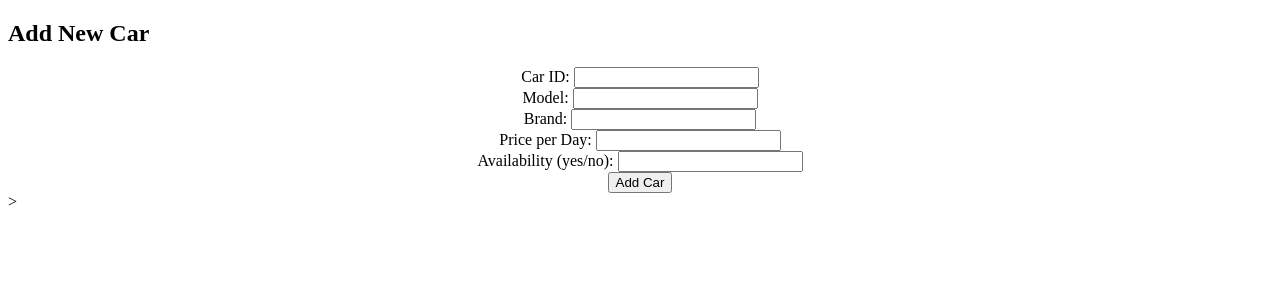
Repository: NirmalyaSatapathy/NirmalyaSatapathyProjects
Page: CarRental/CarRental/src/main/webapp/addCar.html
The author's editor kept a copy of each file at every save. The page is drawn from the files as they stood at one save, then again after the next save.
The browser window is 1280 px wide. The pictures show the whole page.

Above is the page before, as saved 2025-05-04 06:59:41.

### CarRental/CarRental/src/main/webapp/addCar.html
<!DOCTYPE html>
<html>
<head>
<meta charset="UTF-8">
<title>Insert title here</title>
</head>
<body>
<h2>Add New Car</h2>
	<center>
    <form action="AddCarServlet" method="post">
        Car ID: <input type="number" name="carId" required><br>
        Model: <input type="text" name="model" required><br>
        Brand: <input type="text" name="brand" required><br>
        Price per Day: <input type="number" name="price" required><br>
        Availability (yes/no): <input type="text" name="availability" required><br>
        <input type="submit" value="Add Car">
    </form>
    </center>>
</body>
</html>

After the next save:
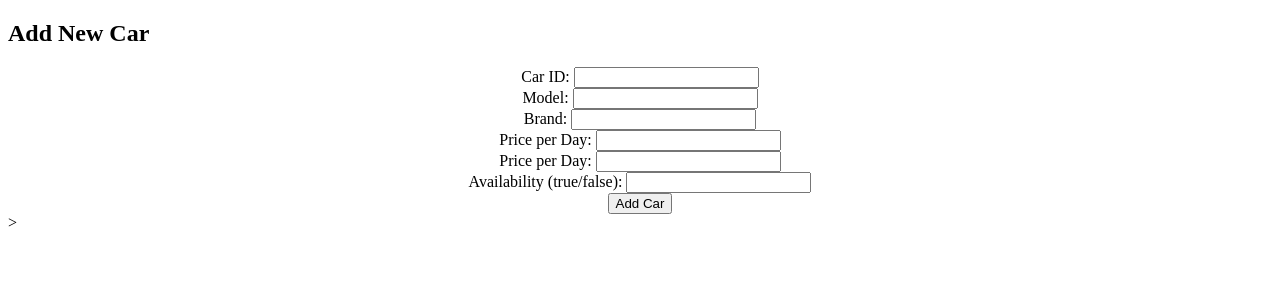
Saved 6 min 29 s later.
--- a/CarRental/CarRental/src/main/webapp/addCar.html
+++ b/CarRental/CarRental/src/main/webapp/addCar.html
@@ -7,12 +7,13 @@
 <body>
 <h2>Add New Car</h2>
 	<center>
-    <form action="AddCarServlet" method="post">
+    <form action="AddCar" method="post">
         Car ID: <input type="number" name="carId" required><br>
         Model: <input type="text" name="model" required><br>
         Brand: <input type="text" name="brand" required><br>
-        Price per Day: <input type="number" name="price" required><br>
-        Availability (yes/no): <input type="text" name="availability" required><br>
+        Price per Day: <input type="number" name="perDay" required><br>
+        Price per Day: <input type="number" name="perMonth" required><br>
+        Availability (true/false): <input type="text" name="availability" required><br>
         <input type="submit" value="Add Car">
     </form>
     </center>>
